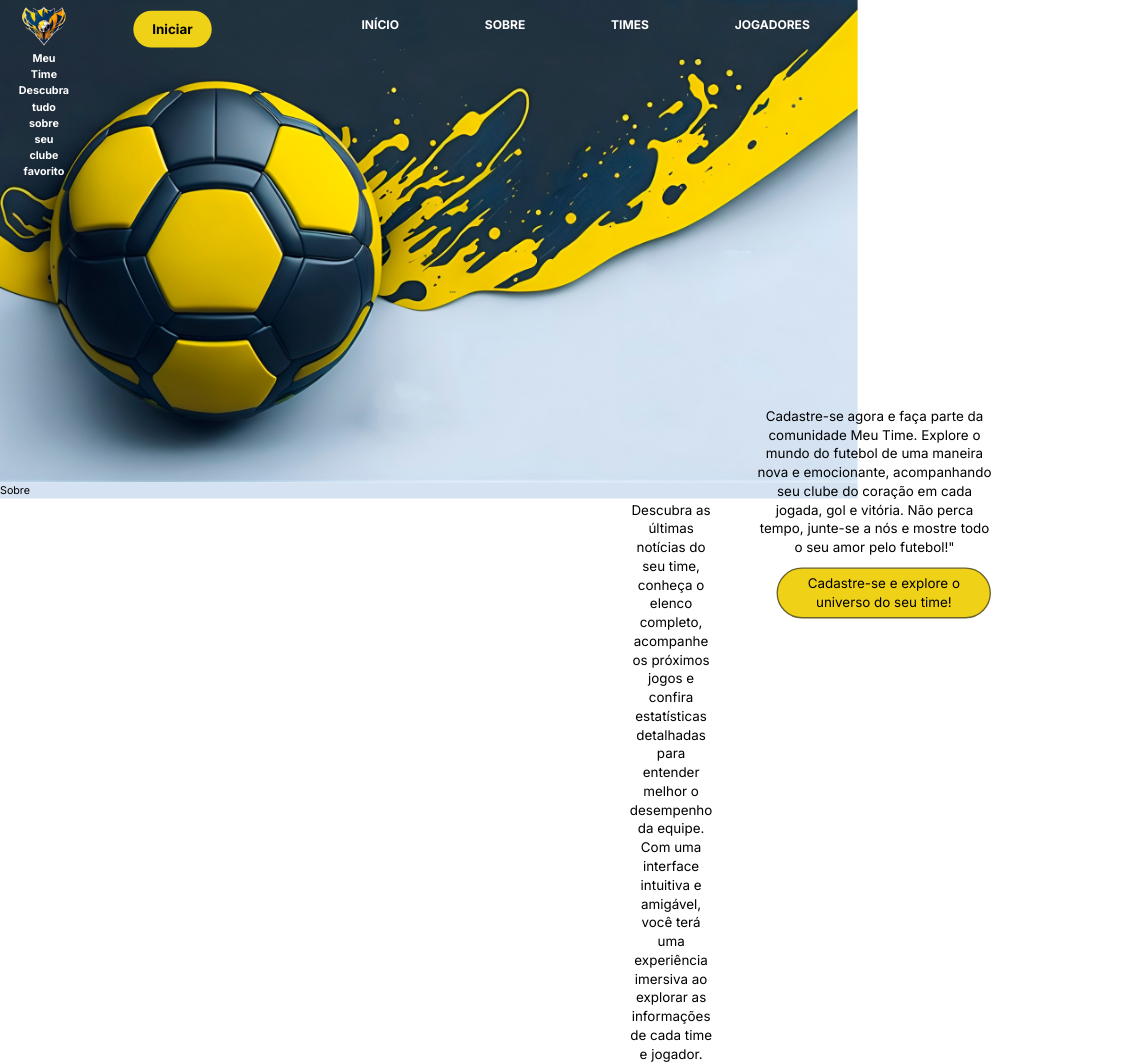
Repository: LuizAGDomingues/MeuTimeApp
Page: /
These files come from the project's save history. The page is drawn as it stood at one moment and after a run of saves; the edit follows.
The browser window is 1280 px wide. The page is 1703 px wide, so the pictures cover 1703 px, including what lies to the right of the window. The pictures show the whole page, at 67% of full size.
The project was rebuilt for these pictures with package versions that can differ from the ones it lists, and the page was loaded fresh each time. The framework's server and built-in components were replaced by stand-ins that run in the browser. Also part of the build but not shown: next.config.js.

Above is the page before, as saved 2023-05-22 14:04:16.

### src/app/layout.tsx
import './globals.css'
import { Inter } from 'next/font/google'

const inter = Inter({ subsets: ['latin'] })

export const metadata = {
  title: 'Trade test - Football API',
  description: 'Test para vaga front-end da Trade Technology',
}

export default function RootLayout({
  children,
}: {
  children: React.ReactNode
}) {
  return (
    <html lang="pt-br">
      <body className={inter.className}>{children}</body>
    </html>
  )
}

### src/app/page.tsx
import Header from "@/components/Header";
import LoginDialog from "@/components/LoginDialog";

export default function Home() {
  return (
    <>
      <main className="w-full h-screen">
        <Header />
        <div className="flex">
          <p className="text-xl text-center w-[410px] ml-[940px] mt-[480px]">Descubra as últimas notícias do seu time, conheça o elenco completo, acompanhe os próximos jogos e confira estatísticas detalhadas para entender melhor o desempenho da equipe. Com uma interface intuitiva e amigável, você terá uma experiência imersiva ao explorar as informações de cada time e jogador.</p>
          <div className="flex flex-col">
            <p className="text-xl text-center w-[356px] ml-16 mt-[340px]">Cadastre-se agora e faça parte da comunidade Meu Time. Explore o mundo do futebol de uma maneira nova e emocionante, acompanhando seu clube do coração em cada jogada, gol e vitória. Não perca tempo, junte-se a nós e mostre todo o seu amor pelo futebol!"</p>
            <LoginDialog text="Cadastre-se e explore o universo do seu time!" className="font-normal w-80 text-base border-2 border-[#6B622B]"/>
          </div>
        </div>
      </main>
      <section id="sobre" className="bg-[#d5e2f1]">
        Sobre
      </section>
    </>
  )
}

### src/app/globals.css
@tailwind base;
@tailwind components;
@tailwind utilities;

main {
  background-image: url('../assets/background.png');
  background-size: cover;
  background-repeat: no-repeat;
}

### src/components/Header.tsx
import React from 'react'
import LoginDialog from './LoginDialog'
import logo from '../assets/logo.png'
import Image from 'next/image'
import NavigationElement from './NavigationElement'

function Header() {
  return (
    <div className='flex'>
      <div className='flex flex-col items-center ml-7'>
        <Image src={logo} alt='Logo exemplo'/>
        <span className='text-white font-bold text-center'>Meu Time<br/>Descubra tudo sobre seu clube favorito</span>
      </div>
      <LoginDialog text='Iniciar' className='h-[55px]' />
      <div className='flex justify-between gap-32 mt-6 h-7'>
        <NavigationElement href='/' text='Início' />
        <NavigationElement href='/#sobre' text='Sobre' />
        <NavigationElement href='/times' text='Times' />
        <NavigationElement href='/jogadores' text='Jogadores' />
        <NavigationElement href='/estatisticas' text='Estatísticas' />
      </div>

    </div>
  )
}

export default Header

### src/components/LoginDialog.tsx
import React from 'react'

interface LoginDialogProps {
  className?: string,
  text: string
}

function LoginDialog(props: LoginDialogProps) {
  return (
    <button className={`bg-[#EFD117] rounded-full mt-4 ml-24 mr-56 px-7 py-2 text-black font-bold text-xl ${props.className}`}>{props.text}</button>
  )
}

export default LoginDialog

### src/components/NavigationElement.tsx
import Link from 'next/link'
import React from 'react'

interface NavigationElementProps {
  href: string;
  text: string;
}

export default function NavigationElement(props: NavigationElementProps) {
  return (
    <Link href={props.href} className='font-bold text-lg text-white uppercase hover:text-[#EFD117] transition-all'>{props.text}</Link>
  )
}

Loaded but not shown: tailwind.config.js (common file)

After the next 2 saves:
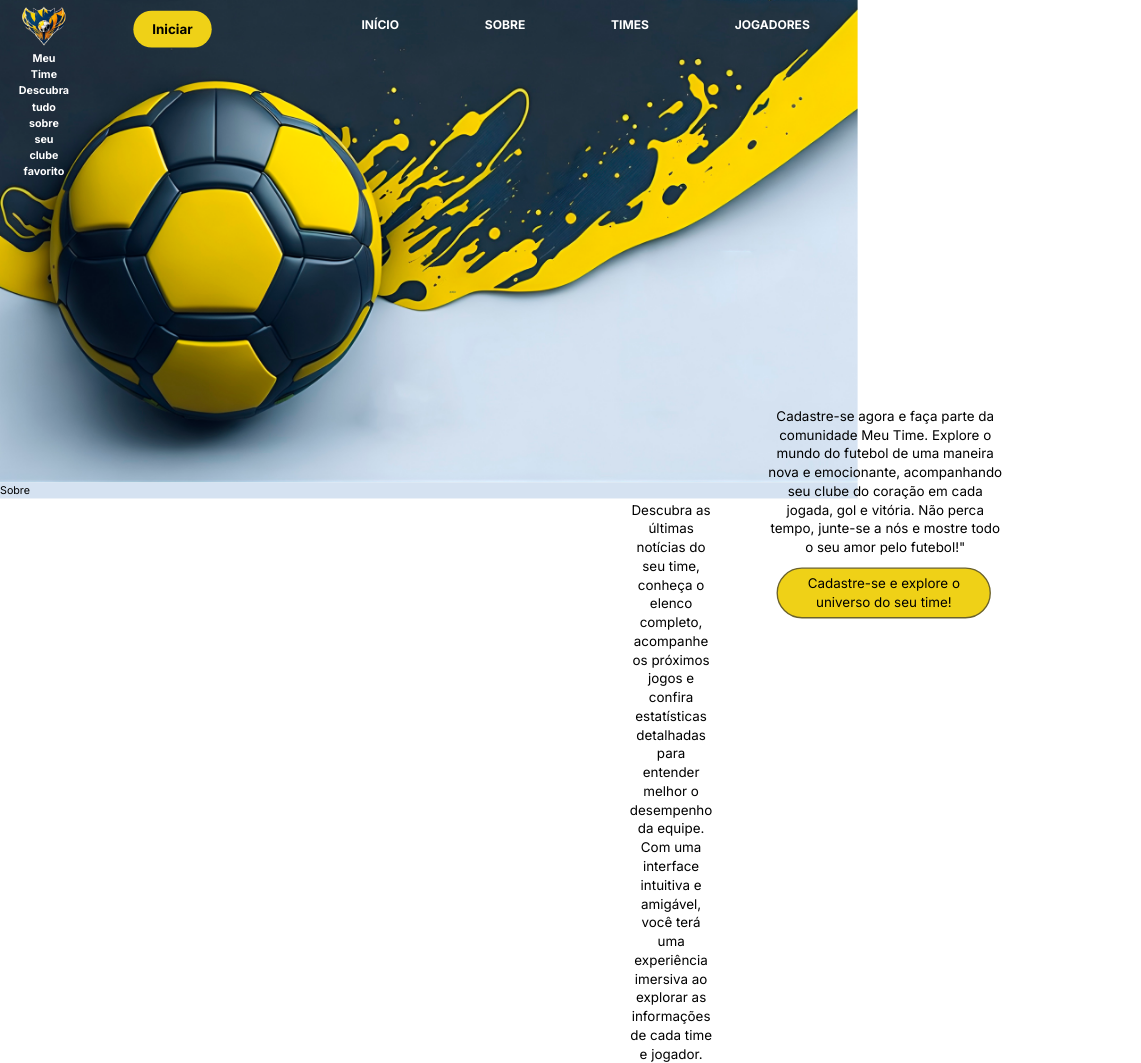
The 2 saves are shown as one change because they came seconds apart.
The last was saved 14 s later.
--- a/src/app/page.tsx
+++ b/src/app/page.tsx
@@ -9,7 +9,7 @@
         <div className="flex">
           <p className="text-xl text-center w-[410px] ml-[940px] mt-[480px]">Descubra as últimas notícias do seu time, conheça o elenco completo, acompanhe os próximos jogos e confira estatísticas detalhadas para entender melhor o desempenho da equipe. Com uma interface intuitiva e amigável, você terá uma experiência imersiva ao explorar as informações de cada time e jogador.</p>
           <div className="flex flex-col">
-            <p className="text-xl text-center w-[356px] ml-16 mt-[340px]">Cadastre-se agora e faça parte da comunidade Meu Time. Explore o mundo do futebol de uma maneira nova e emocionante, acompanhando seu clube do coração em cada jogada, gol e vitória. Não perca tempo, junte-se a nós e mostre todo o seu amor pelo futebol!"</p>
+            <p className="text-xl text-center w-[356px] ml-20 mt-[340px]">Cadastre-se agora e faça parte da comunidade Meu Time. Explore o mundo do futebol de uma maneira nova e emocionante, acompanhando seu clube do coração em cada jogada, gol e vitória. Não perca tempo, junte-se a nós e mostre todo o seu amor pelo futebol!"</p>
             <LoginDialog text="Cadastre-se e explore o universo do seu time!" className="font-normal w-80 text-base border-2 border-[#6B622B]"/>
           </div>
         </div>
